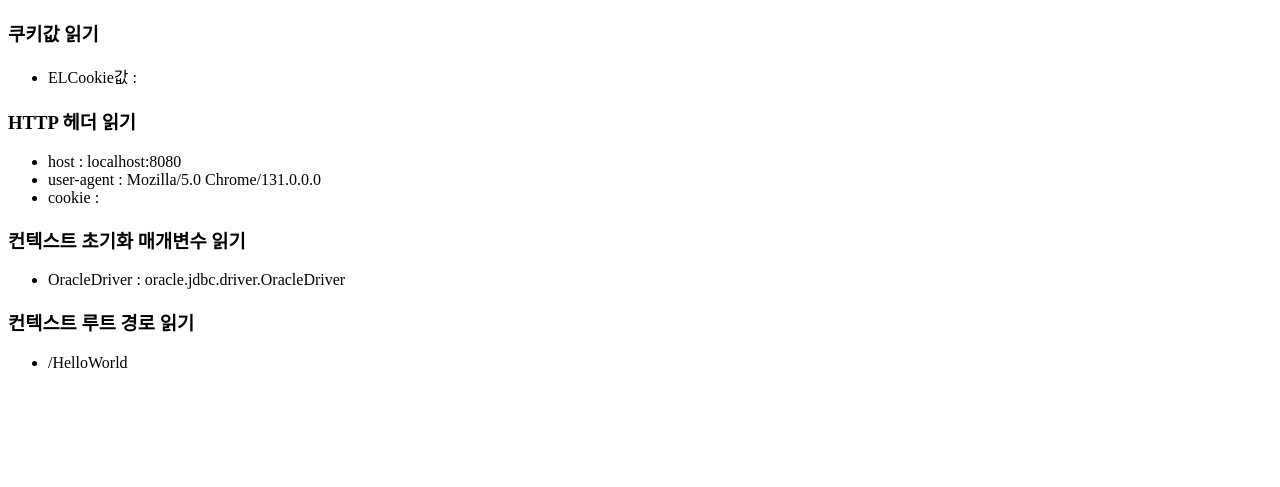
Repository: SteelIndustry/neo
Page: http://localhost/HelloWorld/10EL/OtherImplicitObj.jsp
An editor plug-in stored every save of this project. The page is shown before and after the next save, followed by the edit.
The browser window is 1280 px wide. The pictures show the whole page.
The page is served by Tomcat 9.

Above is the page before, as saved 2022-09-08 04:38:48.

After the next save:
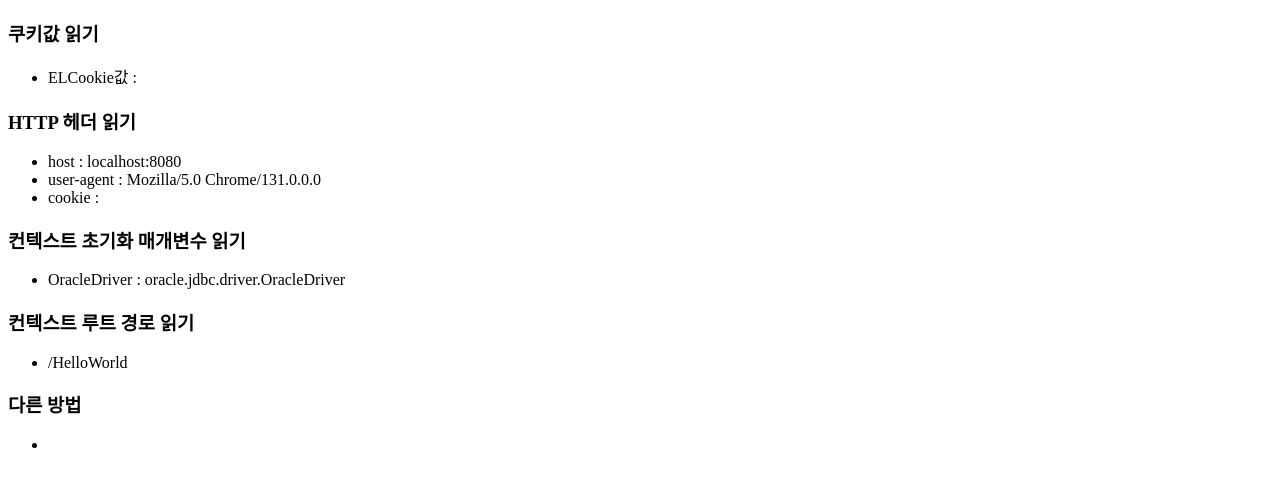
Saved 99 s later.
--- a/WebJSP/HelloWorld/WebContent/10EL/OtherImplicitObj.jsp
+++ b/WebJSP/HelloWorld/WebContent/10EL/OtherImplicitObj.jsp
@@ -34,5 +34,9 @@ CookieManager.makeCookie(response, "ELCookie", "EL좋아요", 10);
 		<li>${pageContext.request.contextPath }</li>
 	</ul>
 
+	<h3>다른 방법</h3>
+	<ul>
+		<li>${request.contextPath }</li>
+	</ul>
 </body>
 </html>
